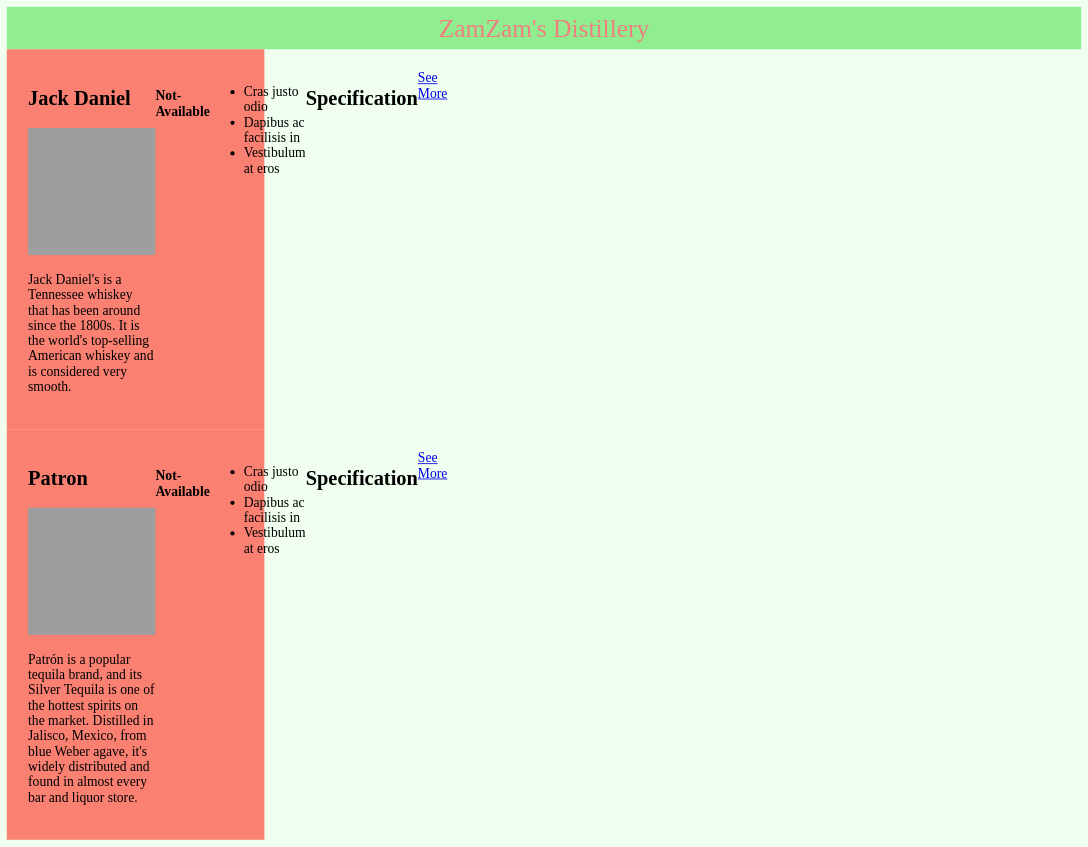
Repository: ZamlZam/REPO-11
Page: product-cards/index.html
These files come from the project's save history. The page is drawn as it stood at one moment and after a run of saves; the edit follows.
The browser window is 1280 px wide. The pictures show the whole page, at 85% of full size.
Pictures or frames that could not be fetched are drawn as grey boxes.

Above is the page before, as saved 2023-04-14 17:04:48.

After the next 2 saves:
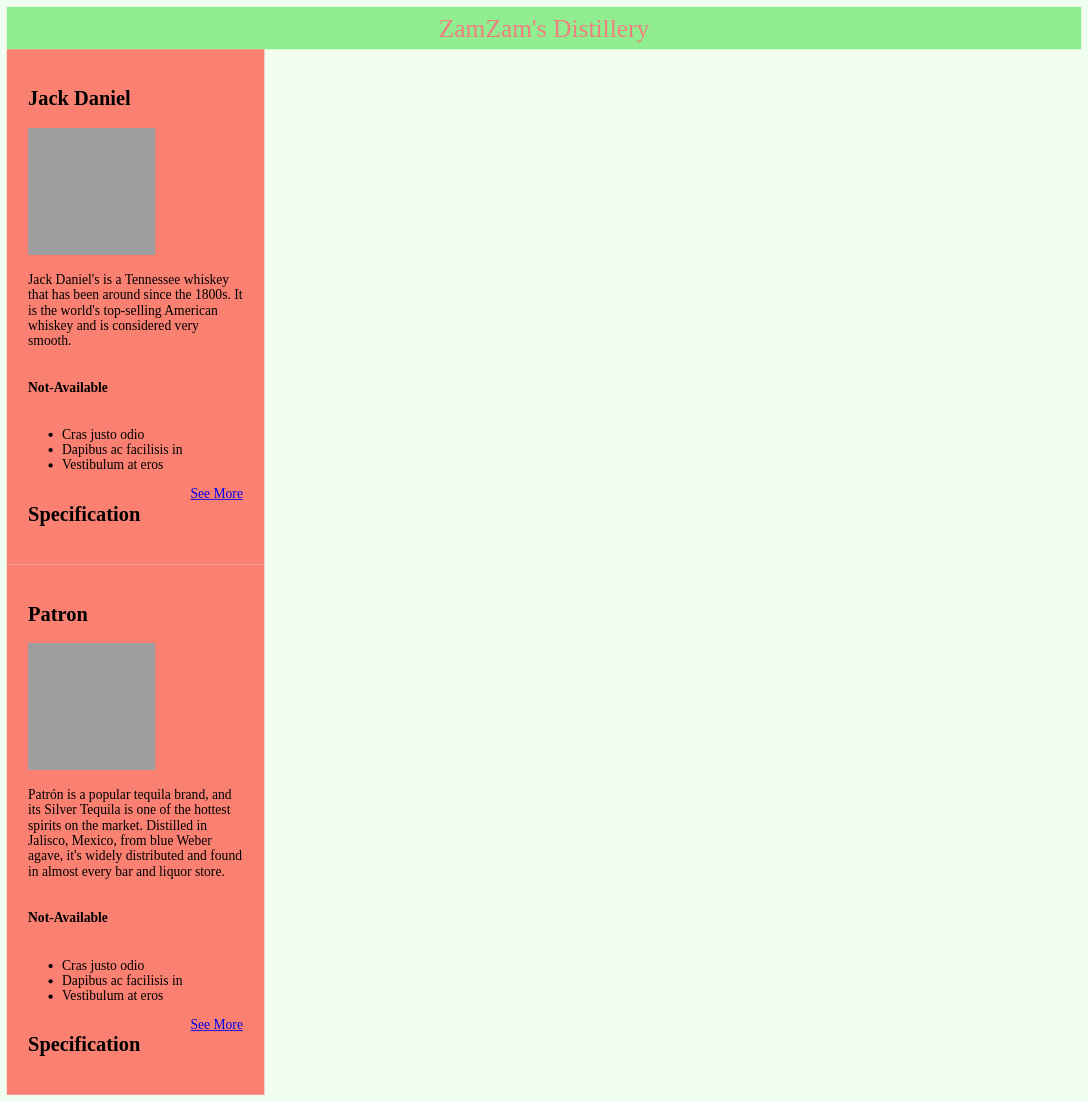
The 2 saves are shown as one change because they came seconds apart.
The last was saved 6 s later.
--- a/product-cards/main.css
+++ b/product-cards/main.css
@@ -22,7 +22,7 @@
   height: 100%;
   display: flex;
   justify-content: space-between;
-  flex
+  flex-wrap: wrap;
 
 
 }
